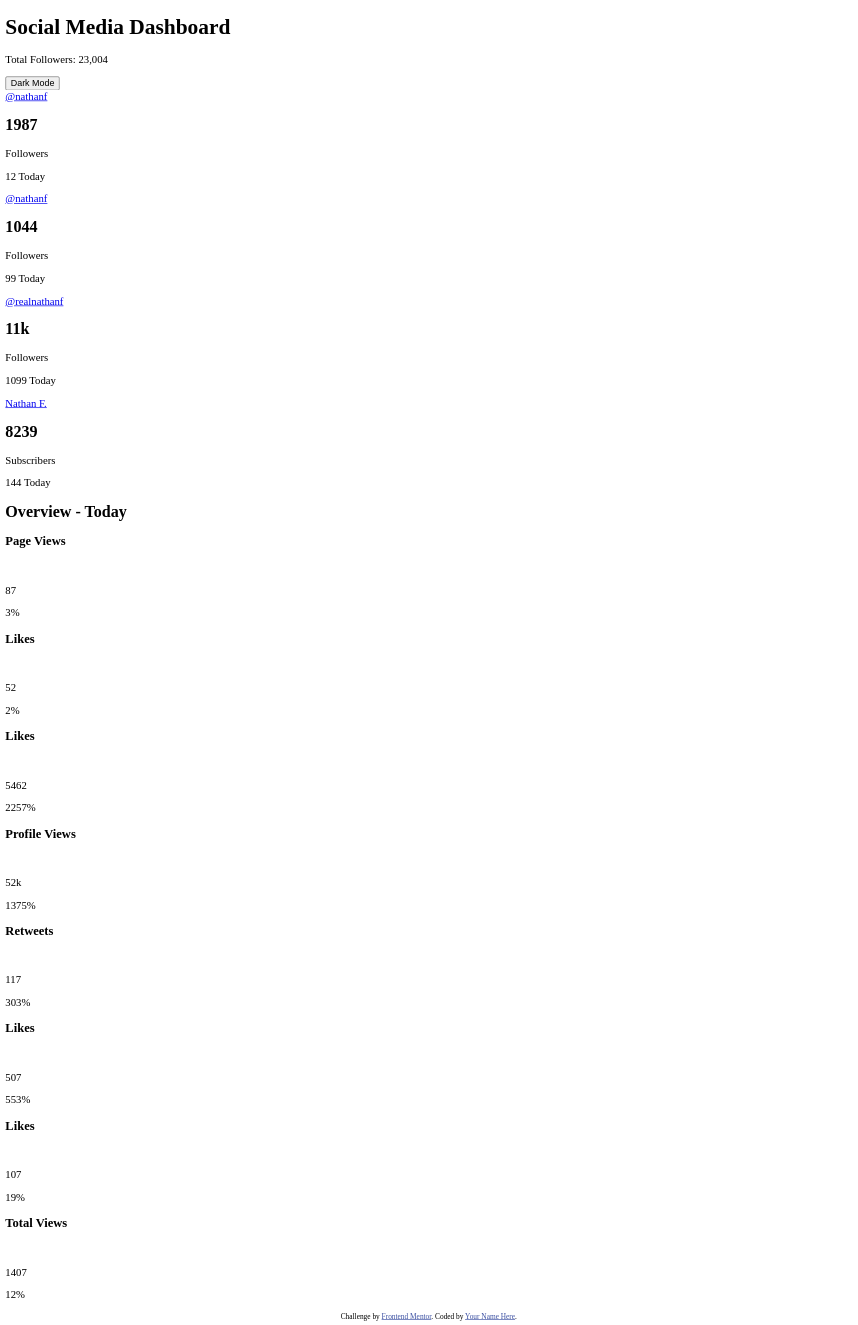
Repository: mamulini/social-media-dashboard-with-theme-switcher-master
Page: index.html
The author's editor kept a copy of each file at every save. The page is drawn from the files as they stood at one save, then again after the next save.
The browser window is 1280 px wide. The pictures show the whole page, at 67% of full size.

Above is the page before, as saved 2020-04-05 23:36:35.

After the next save:
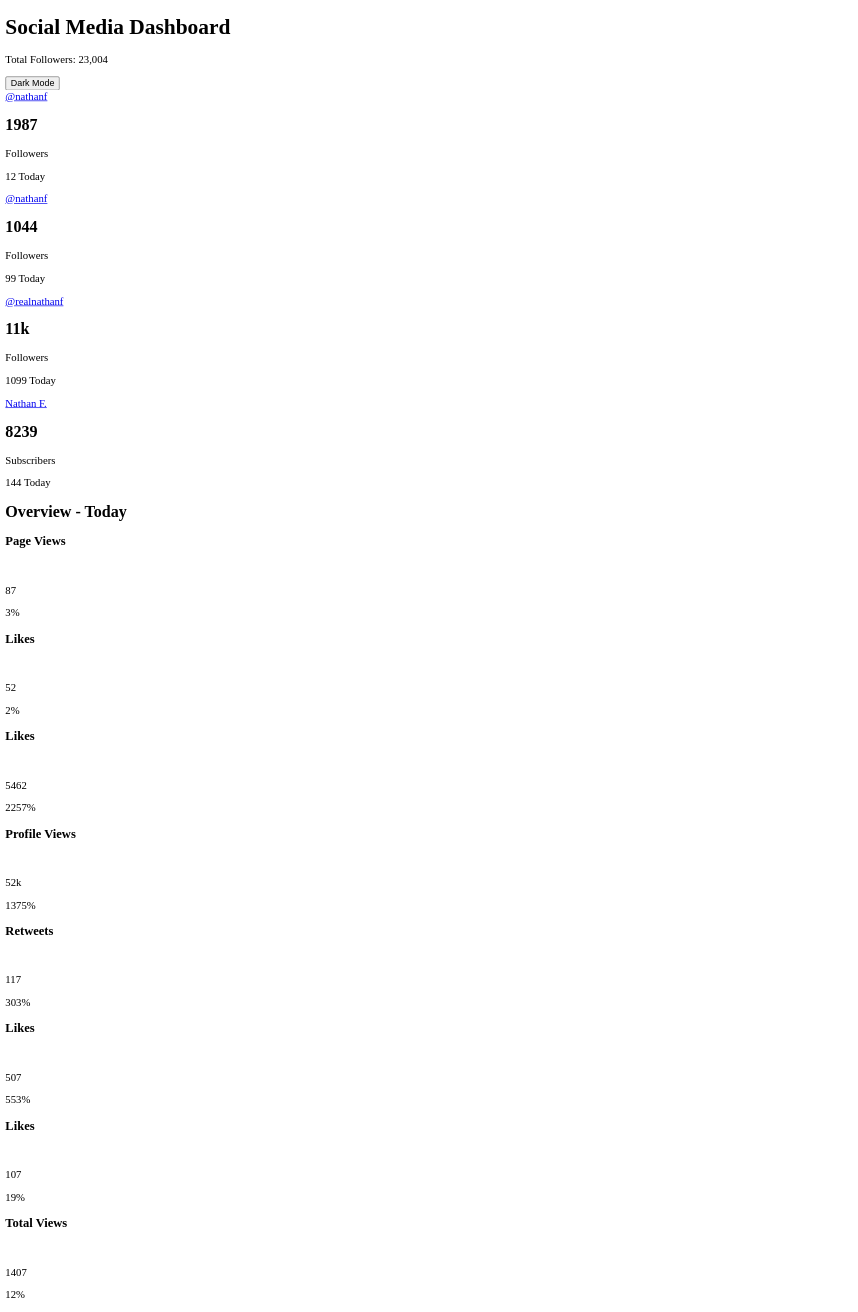
Saved 23 s later.
--- a/index.html
+++ b/index.html
@@ -100,22 +100,9 @@
       </div>
     </div>
   </main>
-
-
-
-
-
-
-
-
-
-
-
-
-
-  <div class="attribution">
+  <!-- <div class="attribution">
     Challenge by <a href="https://www.frontendmentor.io?ref=challenge" target="_blank">Frontend Mentor</a>.
     Coded by <a href="#">Your Name Here</a>.
-  </div>
+  </div> -->
 </body>
 </html>
